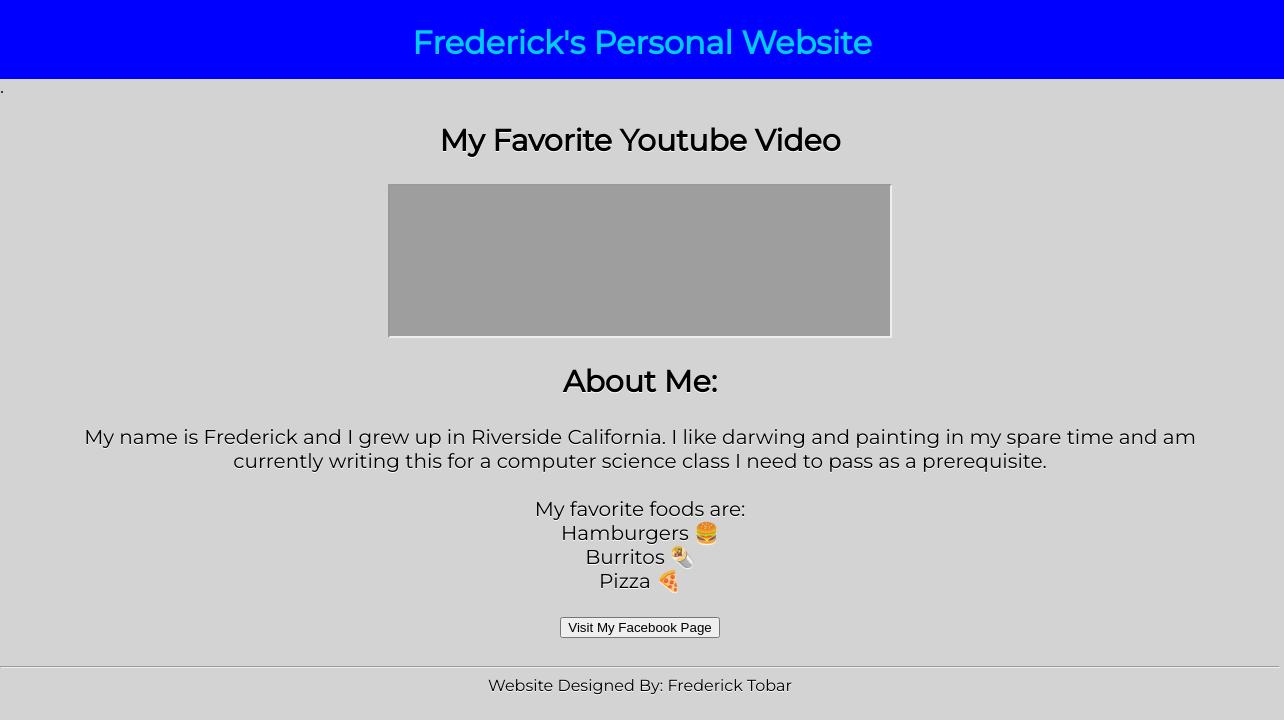
Repository: fredericktobar/fredericktobar-website
Page: lab2/index.html
The author's editor kept a record of every edit. The page is drawn from the files as they stood at one moment, then again after the next edit.
The browser window is 1280 px wide. The page is 1284 px wide, so the pictures cover 1284 px, including what lies to the right of the window. The pictures show the whole page.
Pictures or frames that could not be fetched are drawn as grey boxes.

Above is the page before.

After the next edit:
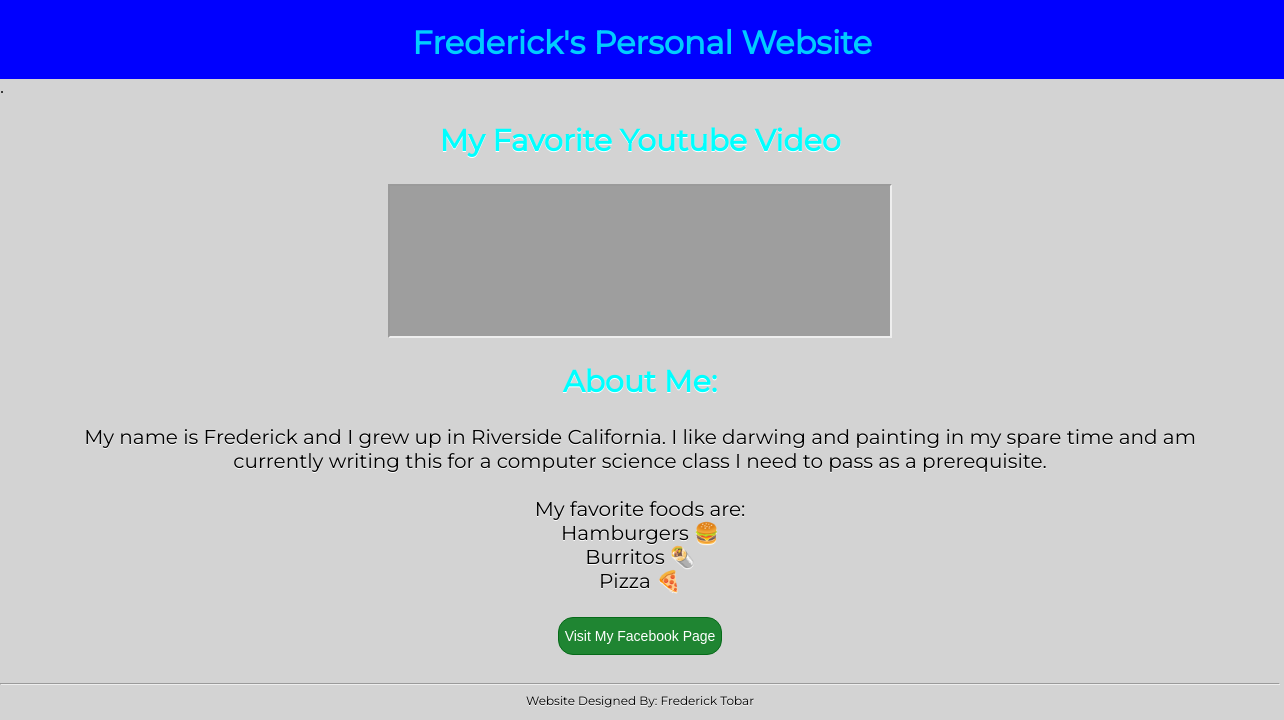
The edit:
--- a/lab2/style.css
+++ b/lab2/style.css
@@ -37,4 +37,19 @@
 .footer-text{
     text-shadow: 0 1px 0 #FFF;
     font-family: "Montserrat", Arial;
+    font-size: .75em;
 }
+h2{
+    color: cyan;
+}
+.button{
+    height: 38px;
+    background: #1F8532;
+    border: 1px solid #066a19;
+    font-size: 14px;
+    color: #ffffff;
+    cursor: pointer;
+    text-shadow: 0 -1px 0 rgba(0,0,0,0,5);
+    -webkit-border-radius: 15px;
+    -moz-border-radius: 15px;
+}
